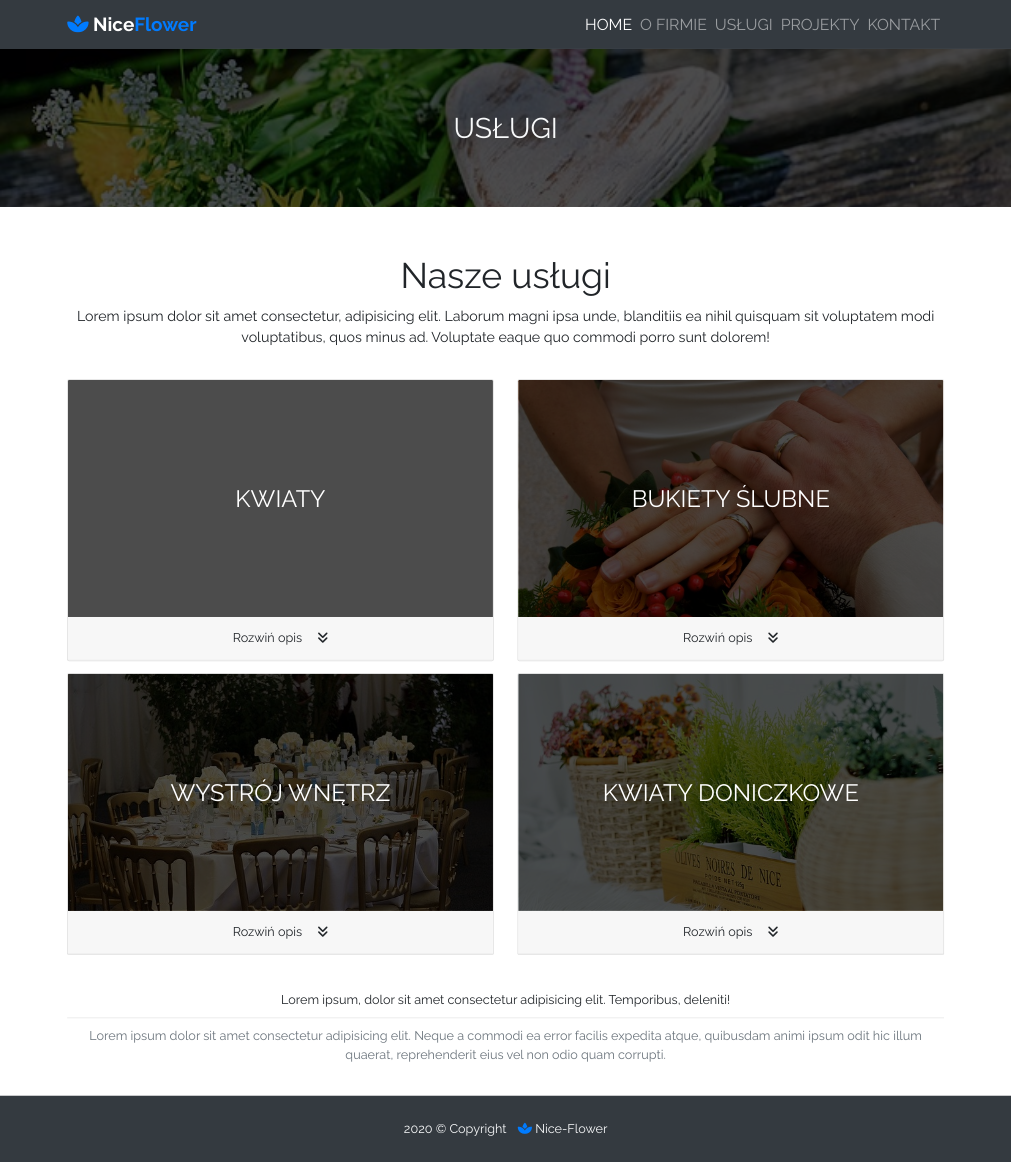
Repository: KrzysKolo/Projekt-13_Kwiaciarnia
Page: services.html
The author's editor kept a copy of each file at every save. The page is drawn from the files as they stood at one save, then again after the next save.
The browser window is 1280 px wide. The pictures show the whole page, at 79% of full size.
Some web libraries are served in a nearby version.

Above is the page before, as saved 2020-08-11 11:19:48.
Not found: img/bm2.jpg

After the next save:
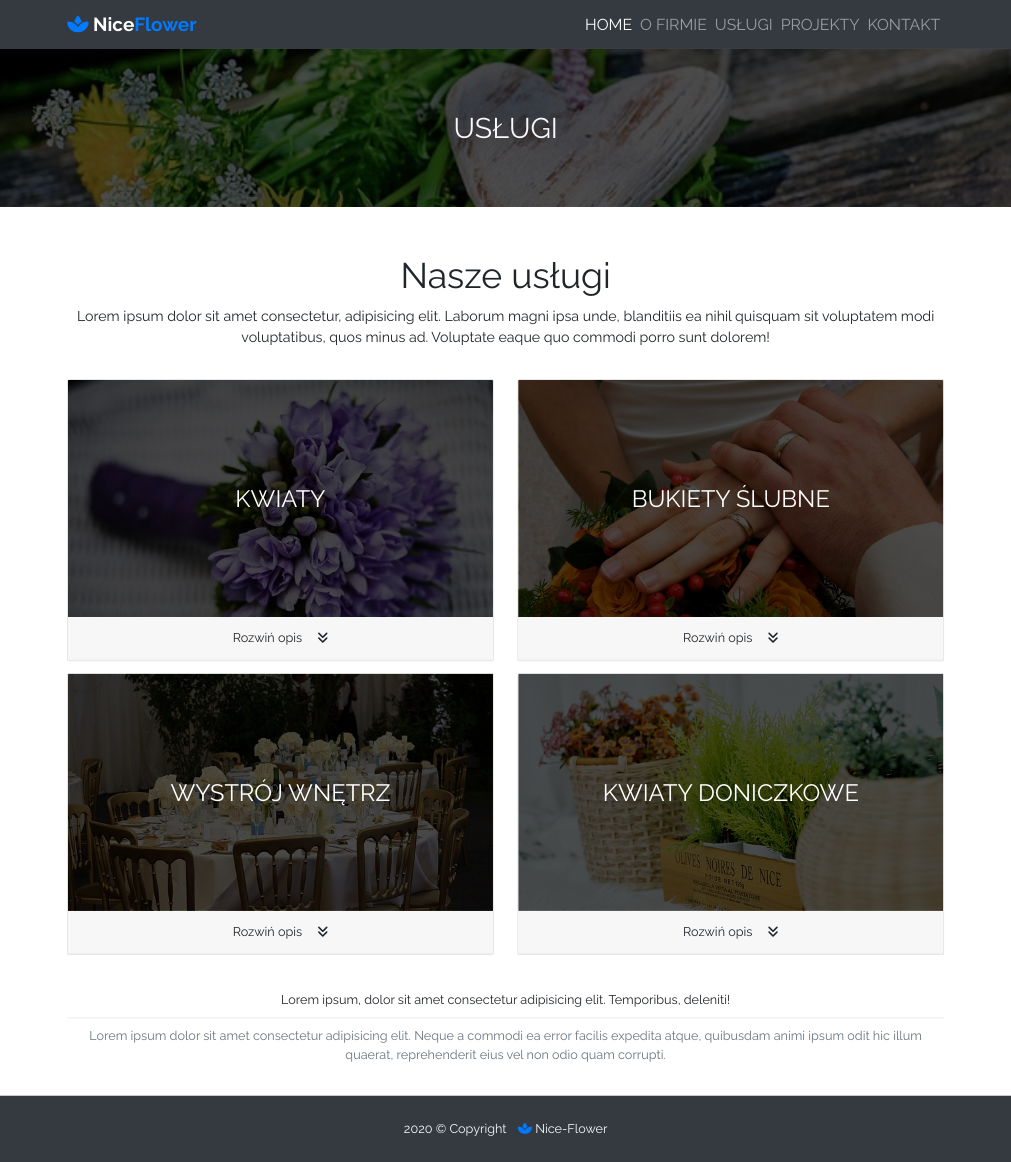
Saved 36 s later.
--- a/style.css
+++ b/style.css
@@ -165,7 +165,7 @@ header {
   text-transform: uppercase;
 }
 .service-pricing .box-one {
-  background-image: url("./img/bm2.jpg");
+  background-image: url("./img/b2m.jpg");
 }
 .service-pricing .box-two {
   background-image: url("./img/bsm.jpg");
